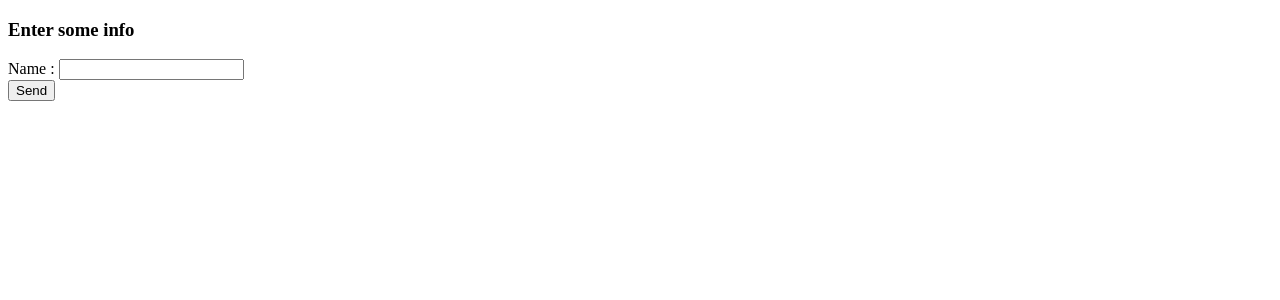
Repository: hk60906632/JavaEE_tutorial_2
Page: http://localhost/JavaEE_web_example/
The author's editor kept a copy of each file at every save. The page is drawn from the files as they stood at one save, then again after the next save.
The browser window is 1280 px wide. The pictures show the whole page.
The page is served by Tomcat 9.

Above is the page before, as saved 2019-10-30 10:24:23.

After the next save:
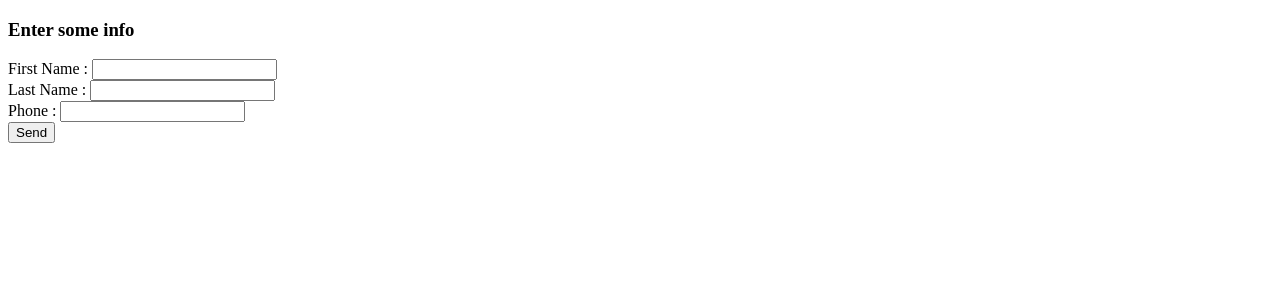
Saved 12 min 11 s later.
--- a/JavaEE_web_example/WebContent/index.jsp
+++ b/JavaEE_web_example/WebContent/index.jsp
@@ -9,8 +9,12 @@
 <body>
 	<h3>Enter some info</h3>
 	<form action="Processinfo" method="post">
-	<label>Name : </label>
-	<input type="text" name="name"><br>
+	<label>First Name : </label>
+	<input type="text" name="fname"><br>
+	<label>Last Name : </label>
+	<input type="text" name="lname"><br>
+	<label>Phone : </label>
+	<input type="text" name="phone"><br>
 	<input type="submit" value="Send">
 	</form>
 </body>
